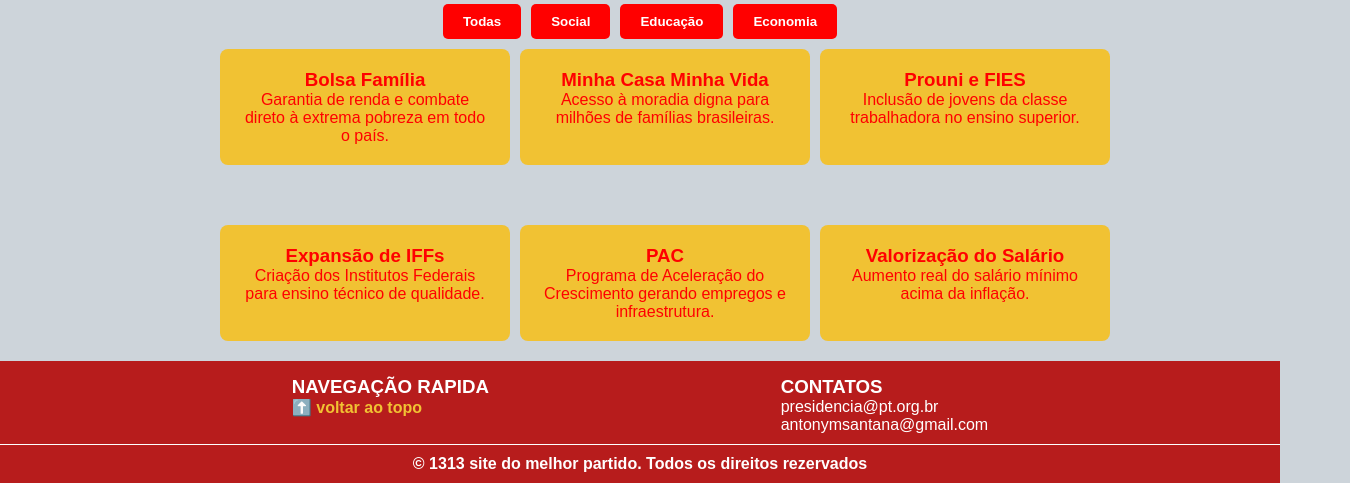
Repository: antonymsantana-design/second.revision
Page: html/html.html
The author's editor kept a copy of each file at every save. The page is drawn from the files as they stood at one save, then again after a run of saves.
The browser window is 1280 px wide. The page is 1350 px wide, so the pictures cover 1350 px, including what lies to the right of the window. The pictures show the part of the page from y = 1723 to 2206 px (the page is 2206 px tall).
After loading, the first visible `button.btn-filtro` was clicked once.

Above is the page before, as saved 2026-09-05 13:11:36.

After the next 3 saves:
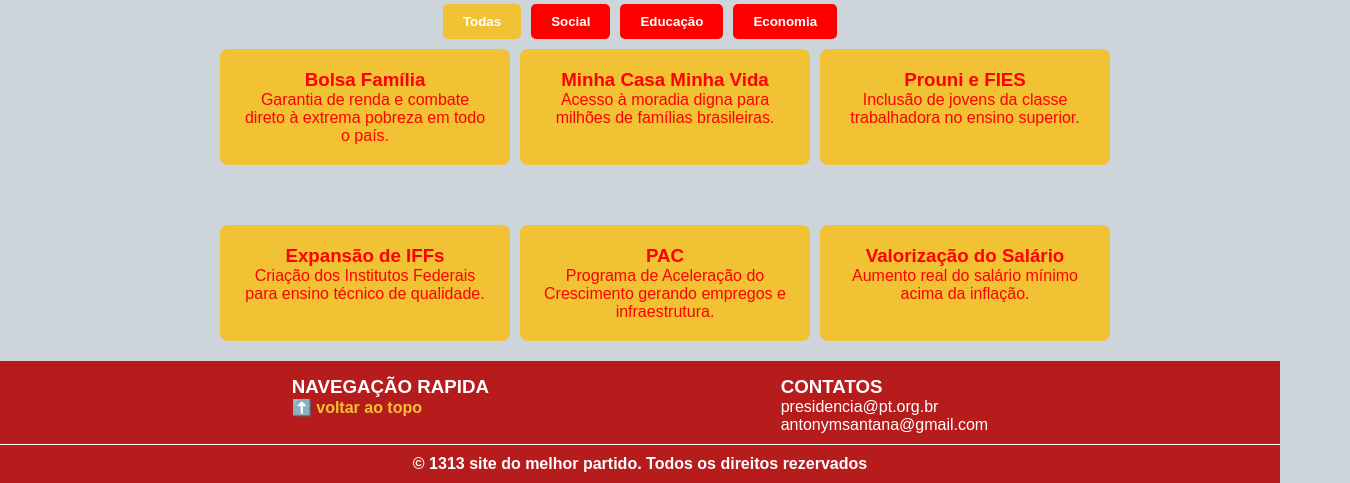
The 3 saves are shown as one change because they came seconds apart.
The last was saved 33 s later.
--- a/js/js.js
+++ b/js/js.js
@@ -36,6 +36,7 @@
             const categoriaCard = card.getAttribute('data-categoria')
             if(categoriaSelec === "todos" || categoriaSelec === categoriaCard){
                 card.classList.remove('escondido');
+                botao.classList.add('trocarCor');
             }else{
                 card.classList.add('escondido');
             }

After the 3 saves that followed:
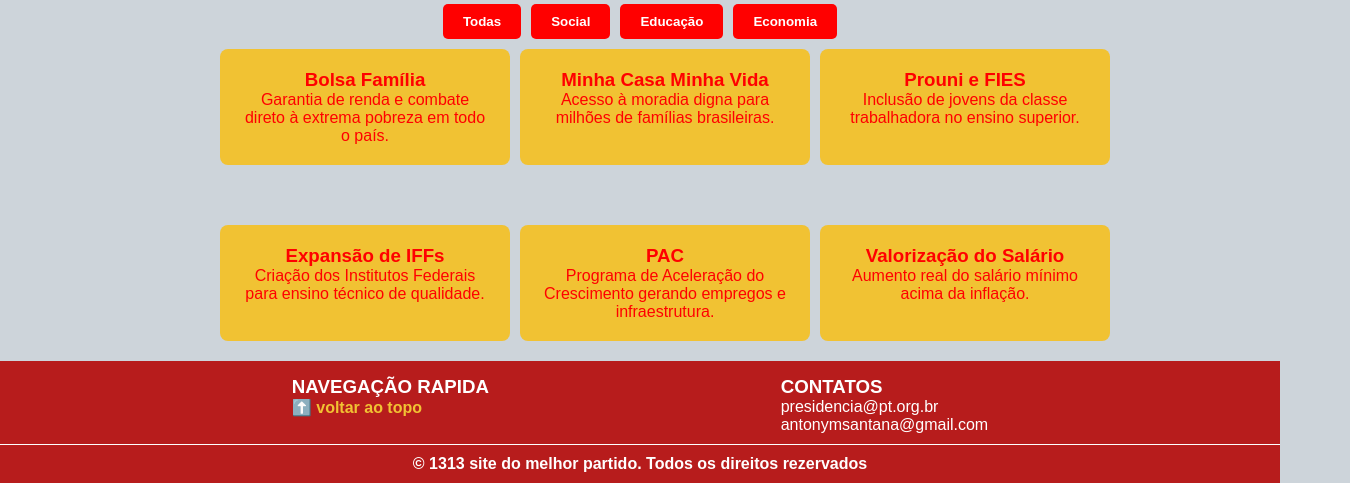
The 3 saves are shown as one change because 1 left the picture as it was and some came seconds apart.
The last was saved 47 s later.
--- a/js/js.js
+++ b/js/js.js
@@ -36,9 +36,10 @@
             const categoriaCard = card.getAttribute('data-categoria')
             if(categoriaSelec === "todos" || categoriaSelec === categoriaCard){
                 card.classList.remove('escondido');
-                botao.classList.add('trocarCor');
+                botao.classList.remove('trocarCor');
             }else{
                 card.classList.add('escondido');
+                botao.classList.add('trocarCor');
             }
         })
     })
